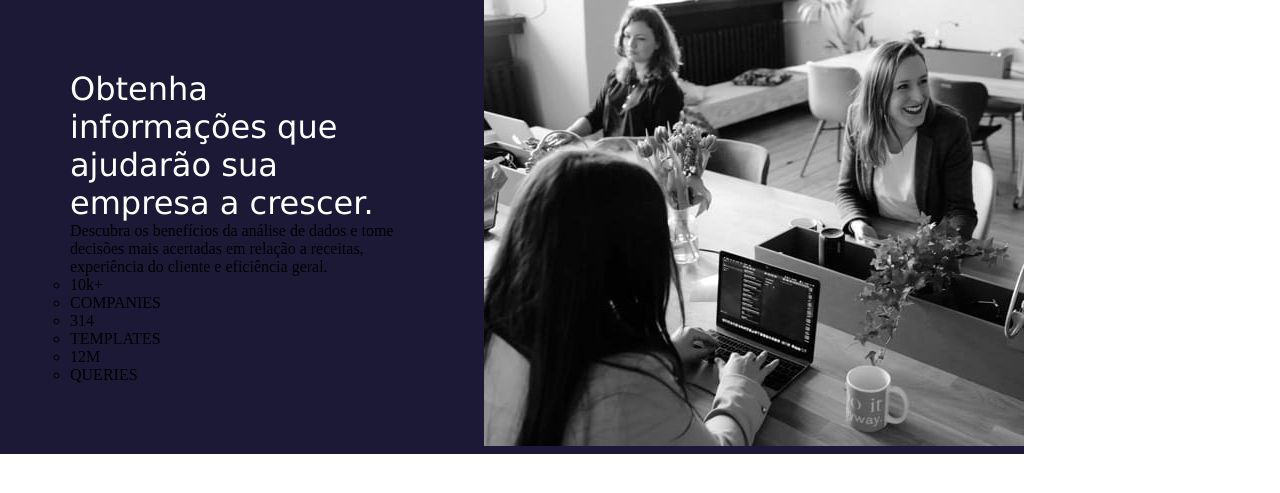
Repository: caique2512/componentes-de-estatisticas
Page: index.html
An editor plug-in stored every save of this project. The page is shown before and after a run of saves, followed by the edit.
The browser window is 1280 px wide. The pictures show the whole page.

Above is the page before, as saved 2026-03-03 17:14:07.

### index.html
<!DOCTYPE html>
<html lang="pt-br">
<head>
    <meta charset="UTF-8">
    <meta name="viewport" content="width=device-width, initial-scale=1.0">
    <title>Estatisticas</title>
    <link rel="stylesheet" href="src/reset.css">
    <link rel="stylesheet" href="src/estilos.css">
</head>
<body>
    <main class="conteudo">
        <div class="conteudo-principal">
            <h1 class="titulo">Obtenha <span>informações</span> que ajudarão sua empresa a crescer.</h1>
            <p>Descubra os benefícios da análise de dados e tome decisões mais acertadas em relação a receitas, experiência do cliente e eficiência geral.</p>
            <ul class="estatisticas">
                <ul class="item1">
                    <li class="descricao">10k+</li>
                    <li>COMPANIES</li>
                </ul>
                <ul class="item2">
                    <li class="descricao">314</li>
                    <li>TEMPLATES</li>
                </ul>
                <ul class="item3">
                    <li class="descricao">12M</li>
                    <li>QUERIES</li>
                </ul>
            </ul>
        </div>
        <picture class="img">
            <img src="./images/image-header-desktop.jpg" alt="Mulheres no escritório">
        </picture>
    </main>
</body>
</html>

### src/estilos.css
.conteudo {
    background-color: #1C1937;
    display: flex;
    max-width: calc(100% - 20%);
}

.conteudo-principal {
    padding: 70px;
    width: 500px;
}

.conteudo-principal .titulo {
    color: white;
    font-weight: 500;
    font-family: Verdana, Geneva, Tahoma, sans-serif;
}

Loaded but not shown: src/reset.css (common file)

After the next 2 saves:
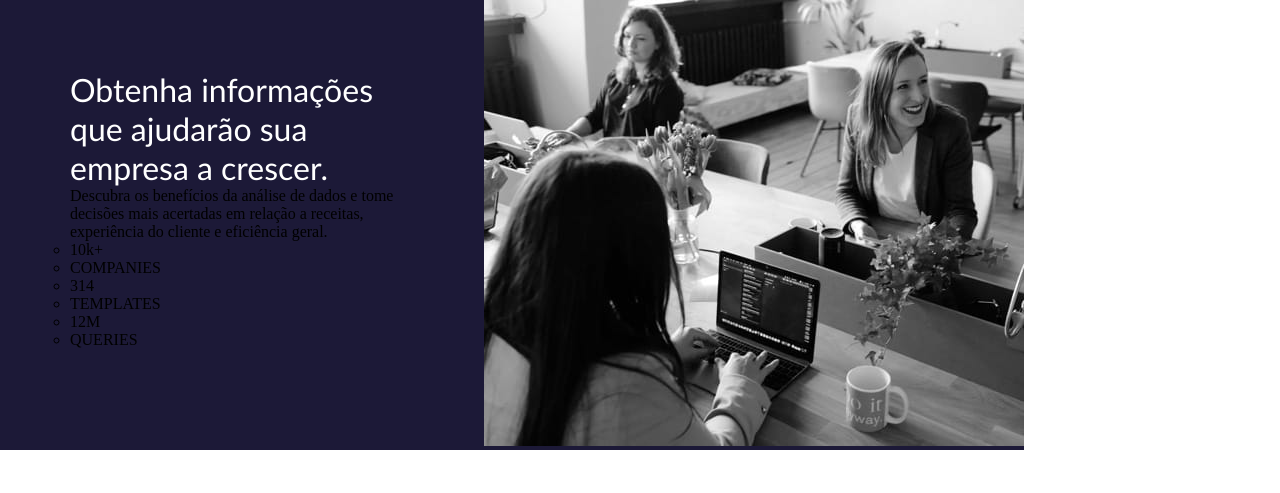
The 2 saves are shown as one change because they came seconds apart.
The last was saved 9 s later.
--- a/src/estilos.css
+++ b/src/estilos.css
@@ -12,5 +12,5 @@
 .conteudo-principal .titulo {
     color: white;
     font-weight: 500;
-    font-family: Verdana, Geneva, Tahoma, sans-serif;
+    font-family: 'Gill Sans', 'Gill Sans MT', Calibri, 'Trebuchet MS', sans-serif;
 }
